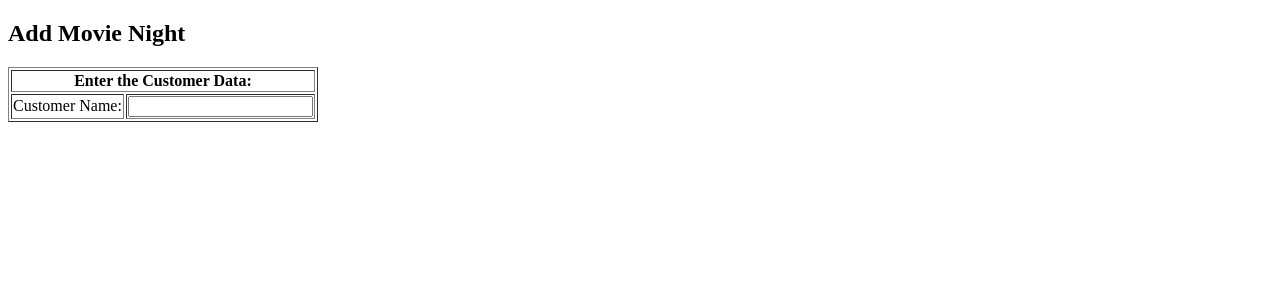
Repository: sofdogs/Job-Accounting-System
Page: http://localhost/Schnurrenberger_Sofia_IP_Task7/add_query1_form.jsp
These files come from the project's save history. The page is drawn as it stood at one moment and after the next save; the edit follows.
The browser window is 1280 px wide. The pictures show the whole page.
The page is served by Tomcat 9.

Above is the page before, as saved 2023-11-15 06:11:12.

After the next save:
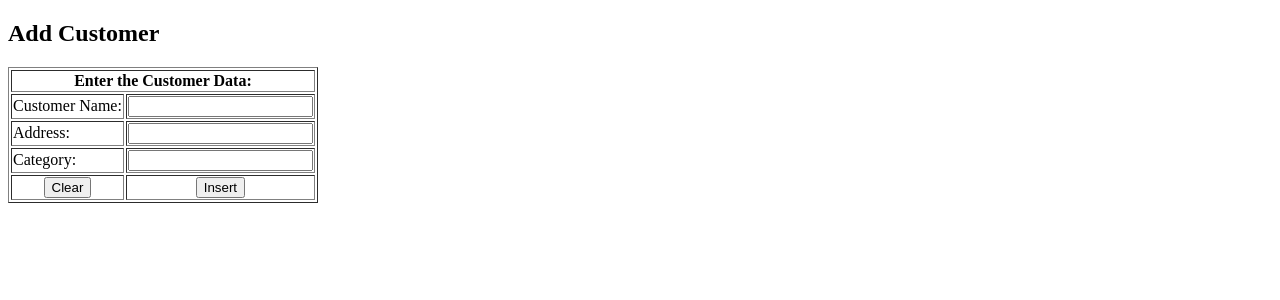
Saved 7 min 34 s later.
--- a/Schnurrenberger_Sofia_IP_Task7/src/main/webapp/add_query1_form.jsp
+++ b/Schnurrenberger_Sofia_IP_Task7/src/main/webapp/add_query1_form.jsp
@@ -4,19 +4,42 @@
 <html>
  	<head>
 		<meta charset="UTF-8">
-		<title>Insert title here</title>
+		<title>Welcone!</title>
 	</head>
 <body>
-	<h2>Add Movie Night</h2>
+	<h2>Add Customer</h2>
 	</form action "add_query1.jsp">
-	<table border = 1>
-		<tr>
-			<th colspan="2">Enter the Customer Data:</th>
-		</tr>
-			<td>Customer Name: </td>
-			<td><div style = "text-align: center;">
-			<input type = text name = cname>
-			</div></td>
-	</table>
+		<table border = 1>
+			<tr>
+				<th colspan="2">Enter the Customer Data:</th>
+			</tr>
+			<tr>
+				<td> Customer Name: </td>
+				<td><div style = "text-align: center;">
+				<input type = text name = cname>
+				</div></td>
+			</tr>
+			<tr>
+				<td> Address: </td>
+				<td><div style = "text-align: center;">
+				<input type = text name = address>
+				</div></td>
+			</tr>
+			<tr>
+				<td> Category: </td>
+				<td><div style = "text-align: center;">
+				<input type = text name = category>
+				</div></td>
+			</tr>
+			 <tr>
+				 <td><div style="text-align: center;">
+				 <input type=reset value=Clear>
+				 </div></td>
+				 <td><div style="text-align: center;">
+				 <input type=submit value=Insert>
+			 	 </div></td>
+			 </tr>
+		</table>
+	</form>
 </body>
 </html>
